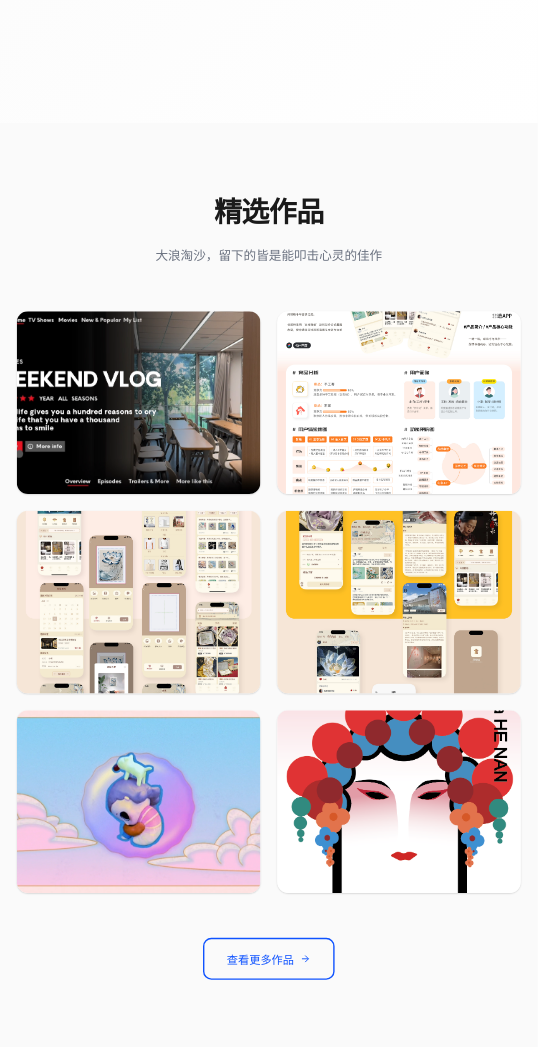
Repository: Nanzhexi/zhexi.github.io
Page: index.html
An editor plug-in stored every save of this project. The page is shown before and after the next save, followed by the edit.
The browser window is 768 px wide. The pictures show the part of the page from y = 624 to 2864 px (the page is 2120 px tall before and 4657 px after), at 70% of full size.

Above is the page before, as saved 2025-07-03 03:20:26.

### index.html
<!DOCTYPE html>
<html lang="zh-CN">
<head>
    <meta charset="UTF-8">
    <meta name="viewport" content="width=device-width, initial-scale=1.0">
    <title>设计工作室</title>
    <link rel="stylesheet" href="./css/index.css">
    <link rel="preconnect" href="https://fonts.googleapis.com">
    <link rel="preconnect" href="https://fonts.gstatic.com" crossorigin>
    <link href="https://fonts.googleapis.com/css2?family=Inter:wght@300;400;500;600;700&display=swap" rel="stylesheet">
</head>

<body>
    <nav class="navbar">
        <div class="nav-brand">Studio</div>
        <div class="nav-links">
            <a href="#" class="nav-link active">首页</a>
            <a href="#" class="nav-link">作品</a>
            <a href="#" class="nav-link">关于</a>
        </div>
    </nav>

    <main class="hero">
        <div class="hero-content">
            <h1 class="hero-title">
                用<span class="highlight">视觉逻辑</span><br>
                解决商业问题
            </h1>
            <p class="hero-subtitle">
                专注品牌视觉系统与数字产品体验设计
            </p>
            <button class="cta-button">
                查看作品
                <svg width="16" height="16" viewBox="0 0 24 24" fill="none" stroke="currentColor" stroke-width="2">
                    <path d="M5 12h14M12 5l7 7-7 7"/>
                </svg>
            </button>
        </div>
    </main>

    <section class="portfolio">
        <div class="portfolio-content">
            <h2 class="portfolio-title">精选作品</h2>
            <p class="portfolio-subtitle">大浪淘沙，留下的皆是能叩击心灵的佳作</p>

            <div class="portfolio-grid">
                <div class="portfolio-item large">
                    <img src="./images/1.png" alt="设计作品1" loading="lazy">
                    <div class="portfolio-overlay">
                        <div class="portfolio-info">
                            <h3>品牌视觉设计</h3>
                            <p>创意海报设计</p>
                        </div>
                    </div>
                </div>

                <div class="portfolio-item">
                    <img src="./images/2.jpg" alt="设计作品2" loading="lazy">
                    <div class="portfolio-overlay">
                        <div class="portfolio-info">
                            <h3>产品包装</h3>
                            <p>时尚配饰设计</p>
                        </div>
                    </div>
                </div>

                <div class="portfolio-item">
                    <img src="./images/3.jpg" alt="设计作品3" loading="lazy">
                    <div class="portfolio-overlay">
                        <div class="portfolio-info">
                            <h3>陶瓷艺术</h3>
                            <p>传统工艺现代化</p>
                        </div>
                    </div>
                </div>

                <div class="portfolio-item">
                    <img src="./images/4.jpg" alt="设计作品4" loading="lazy">
                    <div class="portfolio-overlay">
                        <div class="portfolio-info">
                            <h3>品牌形象</h3>
                            <p>可爱IP设计</p>
                        </div>
                    </div>
                </div>

                <div class="portfolio-item">
                    <img src="./images/6.png" alt="设计作品5" loading="lazy">
                    <div class="portfolio-overlay">
                        <div class="portfolio-info">
                            <h3>空间设计</h3>
                            <p>商业空间规划</p>
                        </div>
                    </div>
                </div>

                <div class="portfolio-item">
                    <img src="./images/7.png" alt="设计作品6" loading="lazy">
                    <div class="portfolio-overlay">
                        <div class="portfolio-info">
                            <h3>餐饮品牌</h3>
                            <p>传统文化融合</p>
                        </div>
                    </div>
                </div>
            </div>

            <button class="portfolio-button">
                查看更多作品
                <svg width="16" height="16" viewBox="0 0 24 24" fill="none" stroke="currentColor" stroke-width="2">
                    <path d="M5 12h14M12 5l7 7-7 7"/>
                </svg>
            </button>
        </div>
    </section>
</body>
</html>

### css/index.css
:root {
    --primary-color: #0F53FF;
    --text-primary: #1a1a1a;
    --text-secondary: #6b7280;
    --background: #ffffff;
    --surface: #fafafa;
    --border: #e5e7eb;
    --shadow: 0 1px 3px 0 rgba(0, 0, 0, 0.1), 0 1px 2px 0 rgba(0, 0, 0, 0.06);
}

* {
    margin: 0;
    padding: 0;
    box-sizing: border-box;
}

body {
    font-family: 'Inter', -apple-system, BlinkMacSystemFont, 'Segoe UI', sans-serif;
    background-color: var(--background);
    color: var(--text-primary);
    line-height: 1.6;
    font-weight: 400;
    -webkit-font-smoothing: antialiased;
    -moz-osx-font-smoothing: grayscale;
}

/* Navigation */
.navbar {
    position: fixed;
    top: 0;
    left: 0;
    right: 0;
    z-index: 1000;
    background: rgba(255, 255, 255, 0.95);
    backdrop-filter: blur(20px);
    border-bottom: 1px solid var(--border);
    padding: 0 2rem;
    height: 80px;
    display: flex;
    align-items: center;
    justify-content: space-between;
    max-width: 1400px;
    margin: 0 auto;
}

.nav-brand {
    font-size: 1.5rem;
    font-weight: 600;
    color: var(--text-primary);
    letter-spacing: -0.02em;
}

.nav-links {
    display: flex;
    gap: 2.5rem;
}

.nav-link {
    color: var(--text-secondary);
    text-decoration: none;
    font-size: 0.95rem;
    font-weight: 500;
    transition: all 0.3s cubic-bezier(0.4, 0, 0.2, 1);
    position: relative;
}

.nav-link:hover,
.nav-link.active {
    color: var(--primary-color);
}

.nav-link.active::after {
    content: '';
    position: absolute;
    bottom: -8px;
    left: 0;
    right: 0;
    height: 2px;
    background: var(--primary-color);
    border-radius: 1px;
}

/* Hero Section */
.hero {
    min-height: 100vh;
    display: flex;
    align-items: center;
    justify-content: center;
    padding: 80px 2rem 0;
    background: linear-gradient(135deg, #fafafa 0%, #ffffff 100%);
}

.hero-content {
    max-width: 900px;
    text-align: center;
    animation: fadeInUp 1s ease-out;
}

.hero-title {
    font-size: clamp(3rem, 8vw, 5.5rem);
    font-weight: 700;
    color: var(--text-primary);
    line-height: 1.1;
    margin-bottom: 1.5rem;
    letter-spacing: -0.03em;
}

.highlight {
    color: var(--primary-color);
    position: relative;
}

.highlight::after {
    content: '';
    position: absolute;
    bottom: 0.1em;
    left: 0;
    right: 0;
    height: 0.3em;
    background: linear-gradient(90deg, rgba(15, 83, 255, 0.2) 0%, rgba(15, 83, 255, 0.1) 100%);
    z-index: -1;
    border-radius: 2px;
}

.hero-subtitle {
    font-size: 1.25rem;
    color: var(--text-secondary);
    margin-bottom: 3rem;
    font-weight: 400;
    line-height: 1.6;
    max-width: 600px;
    margin-left: auto;
    margin-right: auto;
}

.cta-button {
    background: var(--primary-color);
    color: white;
    border: none;
    padding: 1rem 2rem;
    font-size: 1rem;
    font-weight: 500;
    border-radius: 12px;
    cursor: pointer;
    display: inline-flex;
    align-items: center;
    gap: 0.5rem;
    transition: all 0.3s cubic-bezier(0.4, 0, 0.2, 1);
    box-shadow: 0 4px 14px 0 rgba(15, 83, 255, 0.25);
}

.cta-button:hover {
    background: #0d47e6;
    transform: translateY(-2px);
    box-shadow: 0 8px 25px 0 rgba(15, 83, 255, 0.35);
}

.cta-button:active {
    transform: translateY(0);
}

.cta-button svg {
    transition: transform 0.3s ease;
}

.cta-button:hover svg {
    transform: translateX(4px);
}

/* Portfolio Section */
.portfolio {
    padding: 8rem 2rem;
    background: var(--surface);
}

.portfolio-content {
    max-width: 1400px;
    margin: 0 auto;
}

.portfolio-title {
    font-size: clamp(2.5rem, 5vw, 3.5rem);
    font-weight: 700;
    color: var(--text-primary);
    text-align: center;
    margin-bottom: 1rem;
    letter-spacing: -0.02em;
}

.portfolio-subtitle {
    font-size: 1.125rem;
    color: var(--text-secondary);
    text-align: center;
    margin-bottom: 4rem;
    font-weight: 400;
}

.portfolio-grid {
    display: grid;
    grid-template-columns: repeat(auto-fit, minmax(350px, 1fr));
    gap: 2rem;
    margin-bottom: 4rem;
}

.portfolio-item {
    position: relative;
    border-radius: 16px;
    overflow: hidden;
    background: var(--background);
    box-shadow: var(--shadow);
    transition: all 0.4s cubic-bezier(0.4, 0, 0.2, 1);
    aspect-ratio: 4/3;
}

.portfolio-item.large {
    grid-column: span 2;
    aspect-ratio: 16/9;
}

.portfolio-item img {
    width: 100%;
    height: 100%;
    object-fit: cover;
    transition: transform 0.4s cubic-bezier(0.4, 0, 0.2, 1);
}

.portfolio-overlay {
    position: absolute;
    top: 0;
    left: 0;
    right: 0;
    bottom: 0;
    background: linear-gradient(135deg, rgba(15, 83, 255, 0.8) 0%, rgba(15, 83, 255, 0.6) 100%);
    display: flex;
    align-items: flex-end;
    padding: 2rem;
    opacity: 0;
    transition: all 0.4s cubic-bezier(0.4, 0, 0.2, 1);
}

.portfolio-info h3 {
    color: white;
    font-size: 1.25rem;
    font-weight: 600;
    margin-bottom: 0.5rem;
}

.portfolio-info p {
    color: rgba(255, 255, 255, 0.9);
    font-size: 0.95rem;
    font-weight: 400;
}

.portfolio-item:hover {
    transform: translateY(-8px);
    box-shadow: 0 20px 40px 0 rgba(0, 0, 0, 0.15);
}

.portfolio-item:hover img {
    transform: scale(1.05);
}

.portfolio-item:hover .portfolio-overlay {
    opacity: 1;
}

.portfolio-button {
    background: transparent;
    color: var(--primary-color);
    border: 2px solid var(--primary-color);
    padding: 1rem 2rem;
    font-size: 1rem;
    font-weight: 500;
    border-radius: 12px;
    cursor: pointer;
    display: inline-flex;
    align-items: center;
    gap: 0.5rem;
    transition: all 0.3s cubic-bezier(0.4, 0, 0.2, 1);
    margin: 0 auto;
    display: flex;
    justify-content: center;
    max-width: 200px;
}

.portfolio-button:hover {
    background: var(--primary-color);
    color: white;
    transform: translateY(-2px);
    box-shadow: 0 8px 25px 0 rgba(15, 83, 255, 0.25);
}

.portfolio-button svg {
    transition: transform 0.3s ease;
}

.portfolio-button:hover svg {
    transform: translateX(4px);
}

/* Animations */
@keyframes fadeInUp {
    from {
        opacity: 0;
        transform: translateY(30px);
    }
    to {
        opacity: 1;
        transform: translateY(0);
    }
}

/* Responsive Design */
@media (max-width: 1024px) {
    .navbar {
        padding: 0 1.5rem;
    }

    .hero {
        padding: 80px 1.5rem 0;
    }

    .portfolio {
        padding: 6rem 1.5rem;
    }

    .portfolio-grid {
        grid-template-columns: repeat(auto-fit, minmax(300px, 1fr));
        gap: 1.5rem;
    }

    .portfolio-item.large {
        grid-column: span 1;
        aspect-ratio: 4/3;
    }
}

@media (max-width: 768px) {
    .navbar {
        padding: 0 1rem;
        height: 70px;
    }

    .nav-links {
        gap: 1.5rem;
    }

    .nav-link {
        font-size: 0.9rem;
    }

    .hero {
        padding: 70px 1rem 0;
    }

    .hero-subtitle {
        font-size: 1.1rem;
        margin-bottom: 2.5rem;
    }

    .cta-button {
        padding: 0.875rem 1.75rem;
        font-size: 0.95rem;
    }
}

@media (max-width: 480px) {
    .navbar {
        padding: 0 1rem;
        height: 65px;
    }

    .nav-brand {
        font-size: 1.25rem;
    }

    .nav-links {
        gap: 1rem;
    }

    .nav-link {
        font-size: 0.85rem;
    }

    .hero {
        padding: 65px 1rem 0;
    }

    .hero-subtitle {
        font-size: 1rem;
        margin-bottom: 2rem;
    }

    .highlight::after {
        height: 0.25em;
    }
}

After the next save:
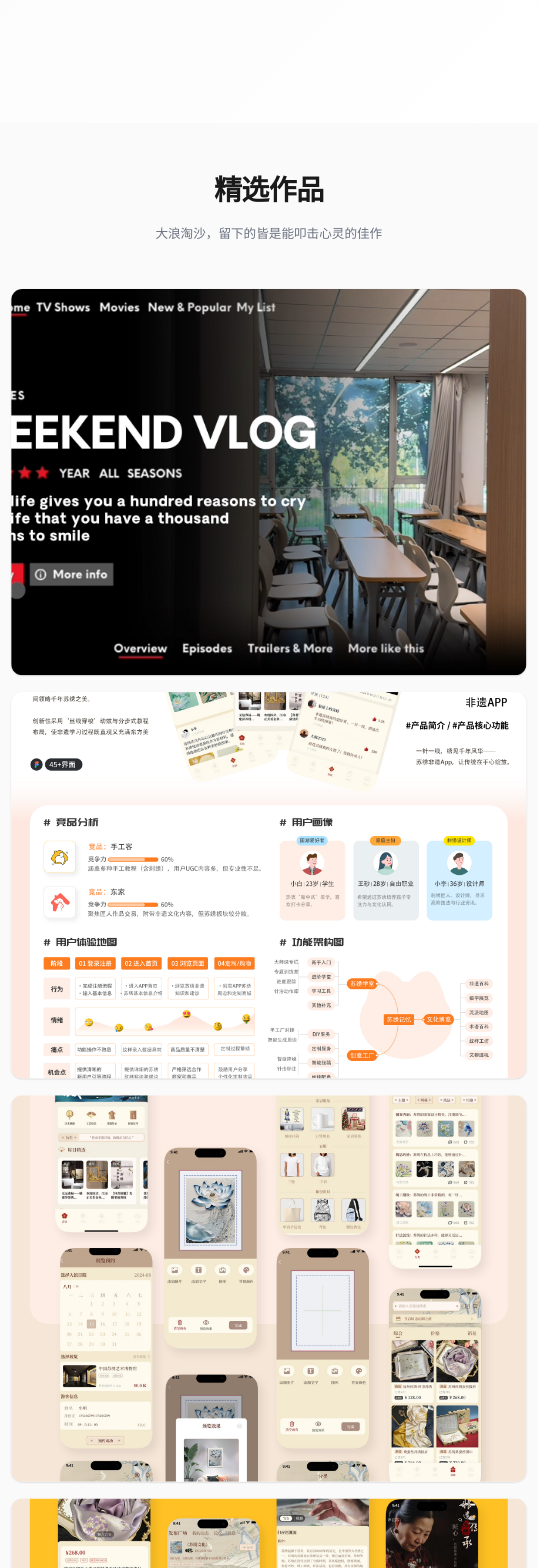
Saved 16 s later.
--- a/css/index.css
+++ b/css/index.css
@@ -362,6 +362,31 @@
         padding: 0.875rem 1.75rem;
         font-size: 0.95rem;
     }
+
+    .portfolio {
+        padding: 4rem 1rem;
+    }
+
+    .portfolio-grid {
+        grid-template-columns: 1fr;
+        gap: 1.5rem;
+    }
+
+    .portfolio-item.large {
+        aspect-ratio: 4/3;
+    }
+
+    .portfolio-overlay {
+        padding: 1.5rem;
+    }
+
+    .portfolio-info h3 {
+        font-size: 1.125rem;
+    }
+
+    .portfolio-info p {
+        font-size: 0.9rem;
+    }
 }
 
 @media (max-width: 480px) {
